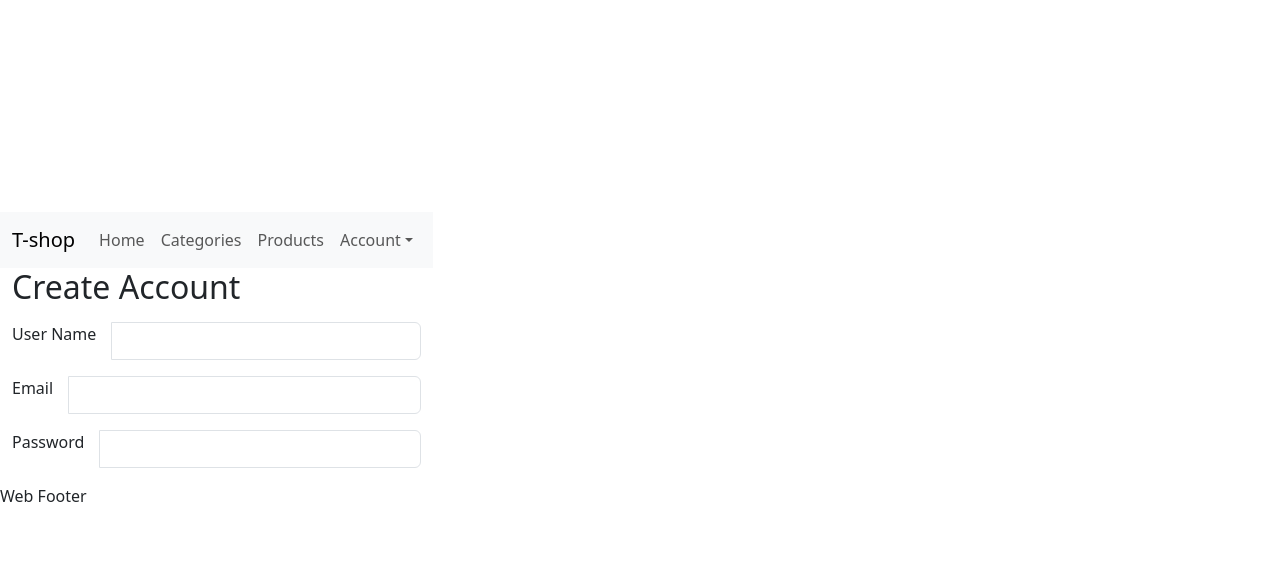
Repository: HadelAbdellatif/ecommerce1
Page: /register
These files come from the project's save history. The page is drawn as it stood at one moment and after a run of saves; the edit follows.
The browser window is 1280 px wide. The pictures show the whole page.
The project was rebuilt for these pictures with package versions that can differ from the ones it lists, and the page was loaded fresh each time. Also part of the build but not shown: vite.config.js, src/components/web/home/Home.jsx, src/components/web/categories/Categories.jsx, src/components/dashboard/navbar/Navbar.jsx, src/components/dashboard/footer/Footer.jsx, src/layouts/DashboardLayout.jsx, src/components/dashboard/home/Home.jsx, src/components/dashboard/categories/Categories.jsx.

Above is the page before, as saved 2023-11-20 20:14:22.

### src/main.jsx
import React from 'react'
import ReactDOM from 'react-dom/client'

import '../node_modules/bootstrap/dist/css/bootstrap.min.css'
import '../node_modules/bootstrap/dist/js/bootstrap.bundle.min.js'

import { ToastContainer } from 'react-toastify';
import 'react-toastify/dist/ReactToastify.css';

import App from './App.jsx'
import './index.css'

ReactDOM.createRoot(document.getElementById("root")).render(
  <App />
);

### src/App.jsx
import React from 'react'
import {router} from './layouts/Routes.jsx'
import axios from 'axios'
import { ToastContainer } from 'react-toastify';
import {createBrowserRouter, RouterProvider, } from "react-router-dom";



export default function App() {
  return (
    <RouterProvider router={router} />
  )
}

### src/layouts/Routes.jsx

import {createBrowserRouter, RouterProvider, } from "react-router-dom";

import Layout from "./Layout.jsx";
import Home from "./../components/web/home/Home.jsx";
import Categories from "./../components/web/categories/Categories.jsx";
import Register from "../components/web/register/Register.jsx";

import DashboardLayout from "../layouts/DashboardLayout.jsx";
import DashboardHome from "../components/dashboard/home/Home.jsx";
import DashboardCategories from "../components/dashboard/categories/Categories.jsx";


export const router = createBrowserRouter([
    {
      path: "/",
      element: <Layout />,
      children:[
        {
          path:'home',
          element: <Home />
        },
        {
          path:'categories',
          element: <Categories />
        },
        {
          path:'register',
          element: <Register />
        },
        {
          path:'*',
          element: <h2 className='fst-italic'>page not found --- web</h2>
        }
      ]
    },
    {
      path:"/dashboard",
      element: <DashboardLayout />,
      children:[
        {
          path:'home',
          element: <DashboardHome />
        },
        {
          path:'categories',
          element: <DashboardCategories />
        },
        {
          path:'*',
          element: <h2 className='fst-italic'>page not found --- dashboard</h2>
        }
      ]
    }

  ]);

### src/layouts/Layout.jsx
import React from 'react'
import Navbar from '../components/web/navbar/Navbar'
import Footer from '../components/web/footer/Footer'
import { Outlet } from 'react-router-dom'

export default function Layout() {
    return (
        <>
            <Navbar />
            <Outlet />
            <Footer />
        </>
    )
}

### src/components/web/register/Register.jsx
import React from 'react'
import Input from '../../shared/Input';

export default function Register() {


    const inputs = [
        {
            id: 'username',
            type: 'text',
            name: 'username',
            title: 'User Name',
        },
        {
            id: 'email',
            type: 'email',
            name: 'email',
            title: 'Email',
        },
        {
            id: 'password',
            type: 'password',
            name: 'password',
            title: 'Password',
        },
    ];

    const renderInputs = inputs.map((input, index) =>
        <Input type={input.type} id={input.id} name={input.name} title={input.title} key={index} />
    )


    return (
        <>
        <div className="container">

            <h2>Create Account</h2>
            <form>
                {renderInputs}
            </form>
        </div>
        </>
    )
}

### src/components/web/navbar/Navbar.jsx
import React from 'react'
import { Link } from 'react-router-dom'

export default function Navbar() {
  return (
    <>
      <nav className="navbar navbar-expand-lg bg-body-tertiary">
        <div className="container">
          <a className="navbar-brand" href="#">T-shop</a>
          <button className="navbar-toggler" type="button" data-bs-toggle="collapse" data-bs-target="#navbarSupportedContent" aria-controls="navbarSupportedContent" aria-expanded="false" aria-label="Toggle navigation">
            <span className="navbar-toggler-icon" />
          </button>
          <div className="collapse navbar-collapse" id="navbarSupportedContent">
            <ul className="navbar-nav m-auto mb-2 mb-lg-0">

              <li className="nav-item">
                <a className="nav-link" href="#">Home</a>
              </li>


              <li className="nav-item">
                <a className="nav-link" href="#">Categories</a>
              </li>


              <li className="nav-item">
                <a className="nav-link" href="#">Products</a>
              </li>


            </ul>
            <ul className="navbar-nav">
              <li className="nav-item dropdown">
                <a className="nav-link dropdown-toggle" href="#" role="button" data-bs-toggle="dropdown" aria-expanded="false">
                  Account
                </a>
                <ul className="dropdown-menu ">
                  <li><Link  to={"/register"} className="dropdown-item" href="#">register</Link></li>
                  <li><hr className="dropdown-divider" /></li>
                  <li><a className="dropdown-item" href="#">login</a></li>
                </ul>
              </li>
            </ul>

          </div>
        </div>
      </nav>

    </>
  )
}

### src/components/web/footer/Footer.jsx
import React from 'react'

export default function Footer() {
  return (
    <div>Web Footer</div>
  )
}

### src/components/shared/Input.jsx
import React from 'react'

export default function Input({ id, title, type = 'text', name }) {
    return (
        <>
            <div className="input-group my-3">
                <label htmlFor={id} className='me-3'>{title}</label>
                <input type={type} name={name} className="form-control" id={id} />
            </div>
        </>
    )
}

Loaded but not shown: index.html (common file); src/index.css (common file)

After the next 2 saves:
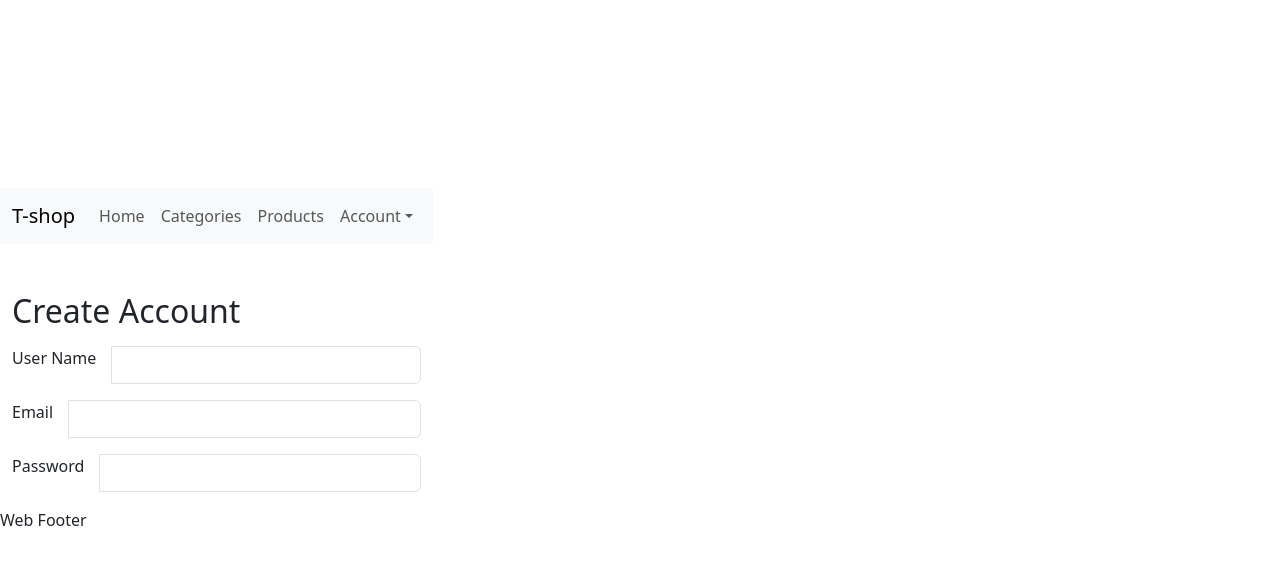
The 2 saves are shown as one change because they came seconds apart.
The last was saved 18 s later.
--- a/src/components/web/register/Register.jsx
+++ b/src/components/web/register/Register.jsx
@@ -34,7 +34,7 @@ export default function Register() {
         <>
         <div className="container">
 
-            <h2>Create Account</h2>
+            <h2 className='mt-5'>Create Account</h2>
             <form>
                 {renderInputs}
             </form>
